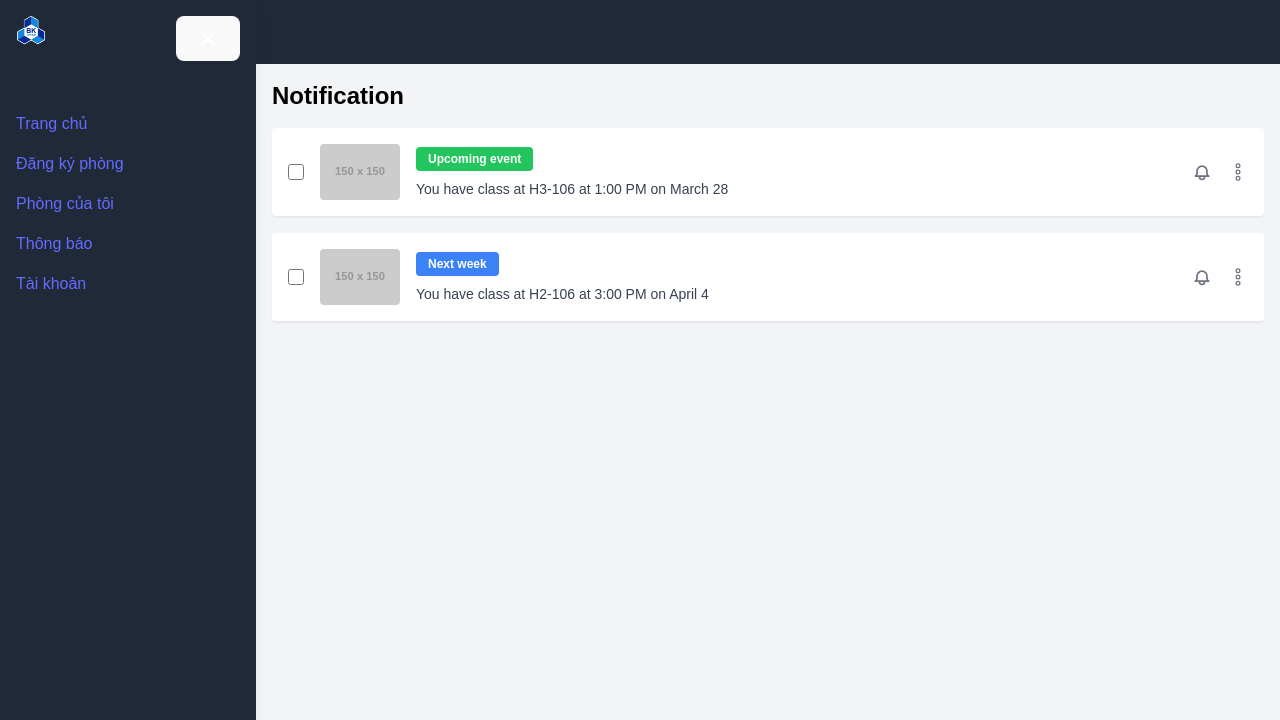
Repository: CNPM-S3MRS/frontend-web
Page: /notification
The author's editor kept a copy of each file at every save. The page is drawn from the files as they stood at one save, then again after the next save.
The browser window is 1280 px wide. The pictures show the whole page.
The project was rebuilt for these pictures with package versions that can differ from the ones it lists, and the page was loaded fresh each time. Also part of the build but not shown: vite.config.js, src/pages/auth/Login.jsx.

Above is the page before, as saved 2025-04-09 02:34:23.

After the next save:
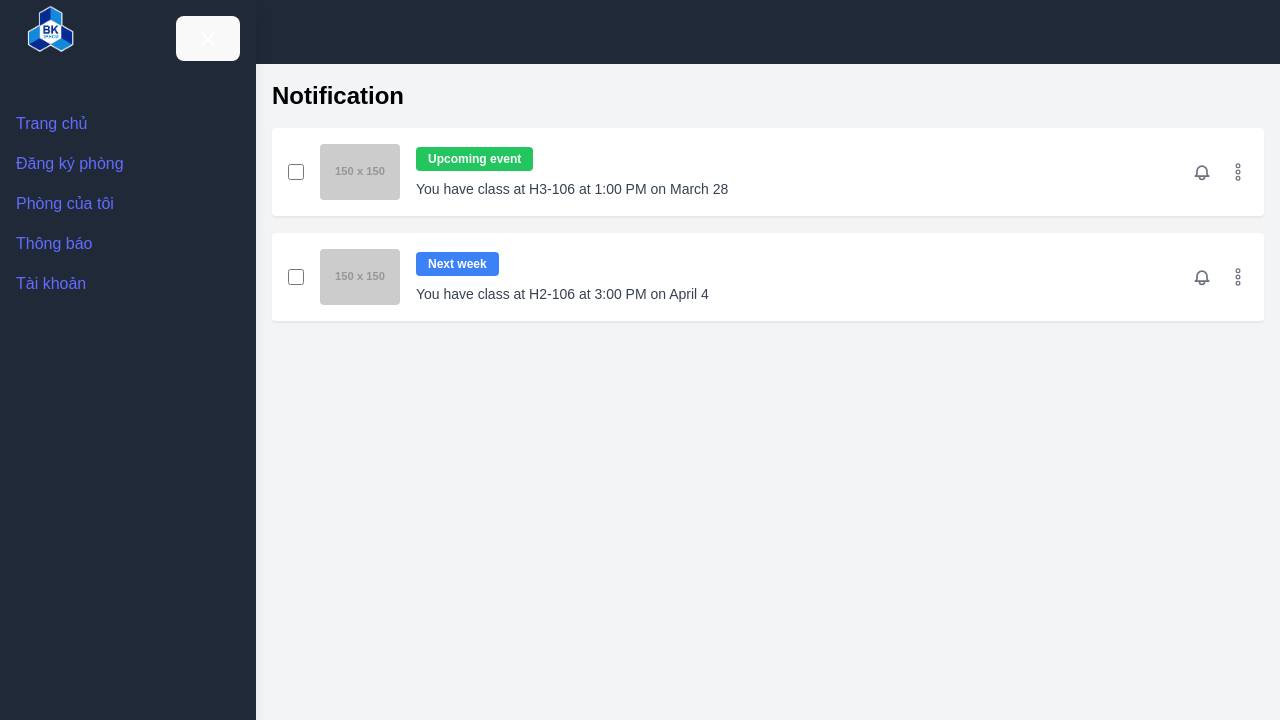
Saved 5 s later.
--- a/src/components/bars/Sidebar.jsx
+++ b/src/components/bars/Sidebar.jsx
@@ -8,7 +8,7 @@
         isSidebarOpen ? "translate-x-0" : "-translate-x-full"
       } transition-transform duration-300`}
     >
-      <img src={LogoBK} alt="Logo" className="w-14 h-16 object-contain" />
+      <img src={LogoBK} alt="Logo" className="w-17 h-16 object-contain" />
       {/* Close Button */}
       <button
         onClick={() => setIsSidebarOpen(false)}
